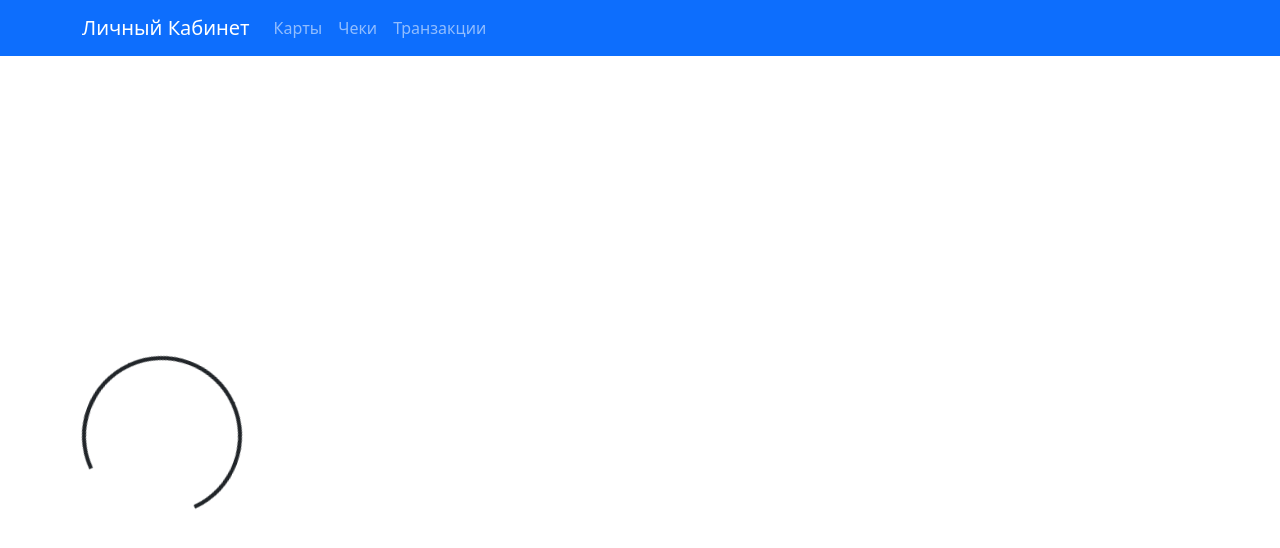
Repository: PGVlasov/cardTask
Page: /
These files come from the project's save history. The page is drawn as it stood at one moment and after the next save; the edit follows.
The browser window is 1280 px wide. The pictures show the whole page.
The page's requests for data from a server got no answer. The project was rebuilt for these pictures with package versions that can differ from the ones it lists, and the page was loaded fresh each time. No one was signed in, and anything a server would have sent is missing. Also part of the build but not shown: src/components/cards/CardItem.js, src/pages/CheckPage.js, src/pages/TransactionsPage.js, src/components/cards/CardComponent.js, src/pages/CardPage.js.

Above is the page before, as saved 2022-06-04 12:16:33.

After the next save:
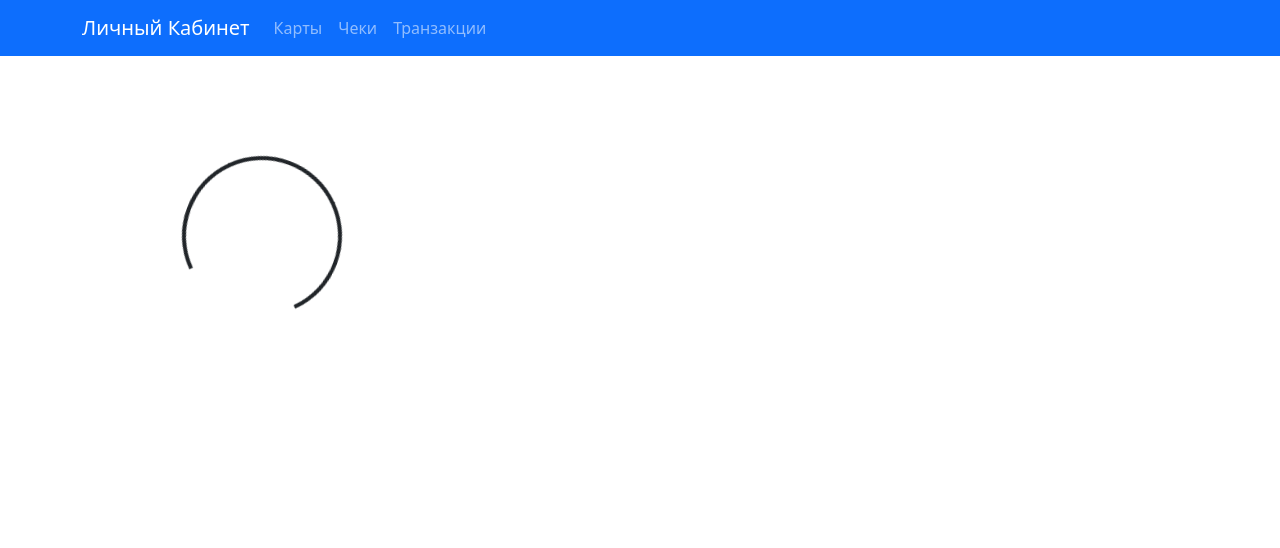
Saved 30 s later.
--- a/src/components/Loader.js
+++ b/src/components/Loader.js
@@ -5,7 +5,12 @@ export const Loader = () => {
     <Spinner
       animation="border"
       role="status"
-      style={{ width: "10rem", height: "10rem", marginTop: "300px" }}
+      style={{
+        width: "10rem",
+        height: "10rem",
+        marginTop: "100px",
+        marginLeft: "100px",
+      }}
     >
       <span className="visually-hidden">Loading...</span>
     </Spinner>
